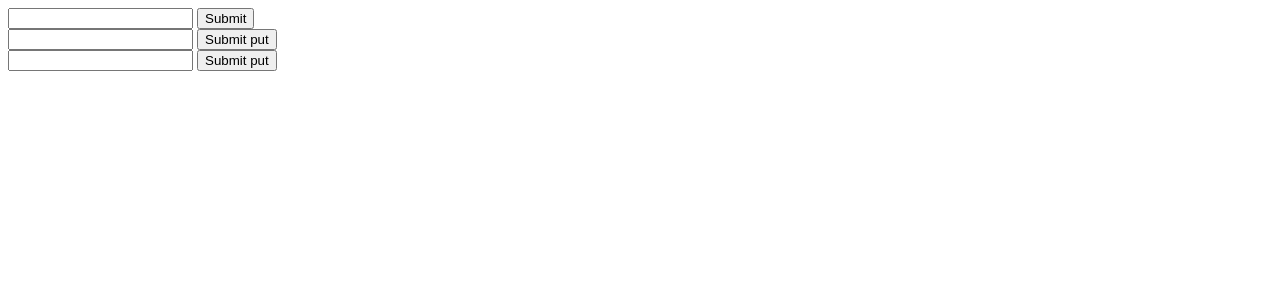
Repository: Abdulahi338/Basics-of-Controllers-using-laravel
Page: http://localhost/
An editor plug-in stored every save of this project. The page is shown before and after the next save, followed by the edit.
The browser window is 1280 px wide. The pictures show the whole page.
The page is served by the project's Laravel application, run on PHP 8.4 with Laravel 12. Other server files are loaded and not shown.

Above is the page before, as saved 2024-08-28 14:52:34.

### routes/web.php
<?php

use Illuminate\Support\Facades\Route;
use Illuminate\Http\Request; // Import the Request class
Route::get('/', function () {
    return view('welcome');
});

Route::post('/', function (Request $request) {
    dd($request->all());
});

Route::put('/{id}', function (Request $request , $id) {
    // dd($request->all());
    return $id;
});
// Route::view('/','post');

### resources/views/welcome.blade.php
<!DOCTYPE html>
<html lang="en">
<head>
    <meta charset="UTF-8">
    <meta name="viewport" content="width=device-width, initial-scale=1.0">
    <meta http-equiv="X-UA-Compatible" content="ie=edge">
    <title>welcome</title>
</head>
<body>
    <form action="/" method="post">
        @csrf
        <input type="text" name="userName">
        <button type="submit">Submit</button>
    </form>
    <form action="/2" method="post">
        @csrf
        @method('put')
        <input type="text" name="userName" id="">
        <button type="submit">Submit put</button>
    </form>
    <form action="/200" method="post">
        @csrf
        @method('delete')
        <input type="text" name="userName" id="">
        <button type="submit">Submit put</button>
    </form>
</body>
</html>

After the next save:
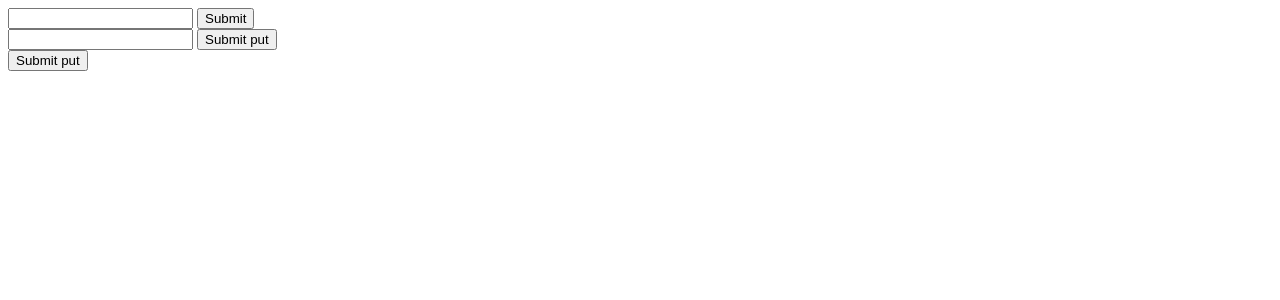
Saved 4 s later.
--- a/resources/views/welcome.blade.php
+++ b/resources/views/welcome.blade.php
@@ -21,7 +21,6 @@
     <form action="/200" method="post">
         @csrf
         @method('delete')
-        <input type="text" name="userName" id="">
         <button type="submit">Submit put</button>
     </form>
 </body>
